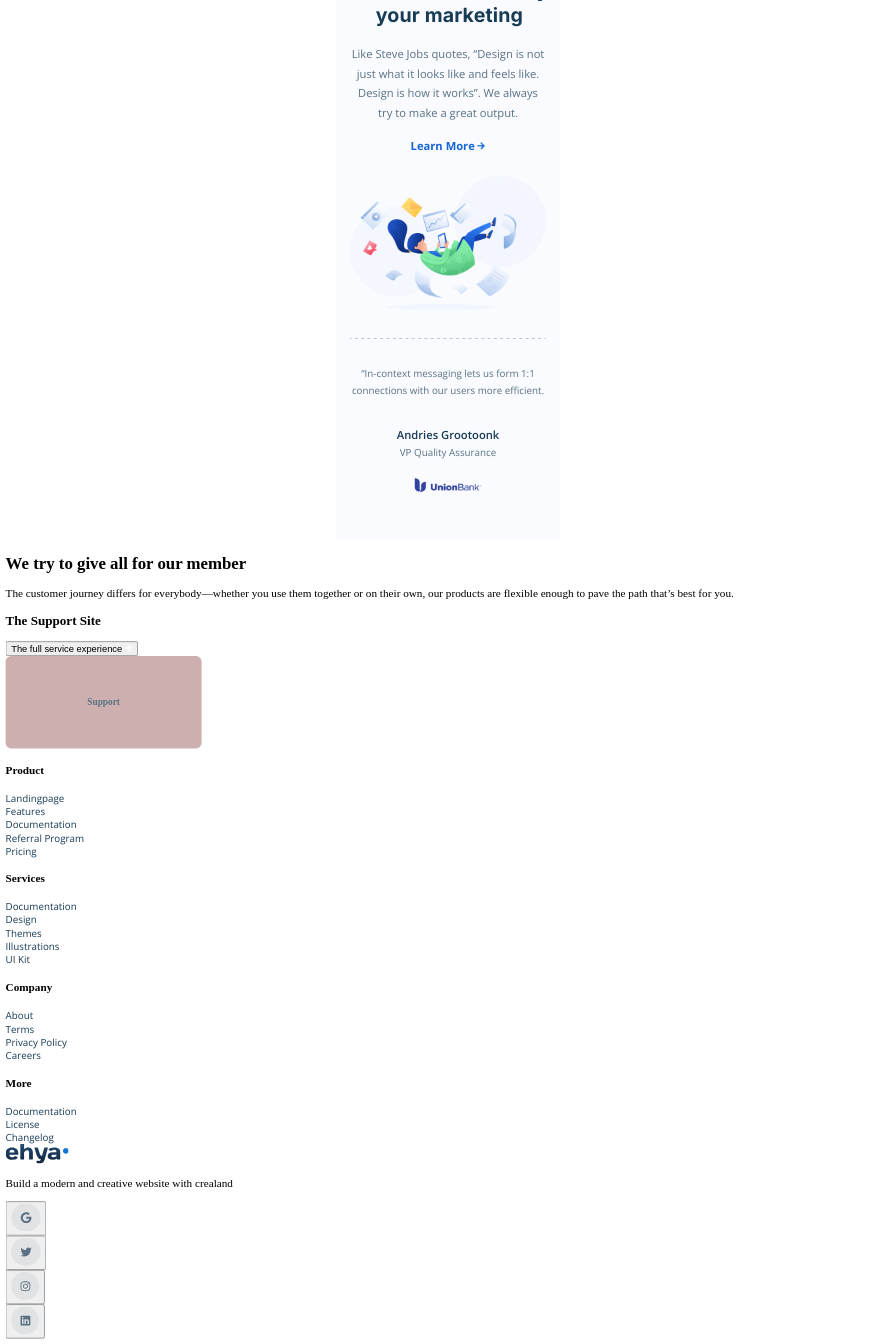
Repository: umlaufissss/provaFront
Page: HTML/index.html
The author's editor kept a copy of each file at every save. The page is drawn from the files as they stood at one save, then again after the next save.
The browser window is 1280 px wide. The pictures show the part of the page from y = 1743 to 3663 px (the page is 3663 px tall), at 70% of full size.
Some web fonts or font styles are not loaded; a fallback is used.

Above is the page before, as saved 2026-06-22 19:36:01.

After the next save:
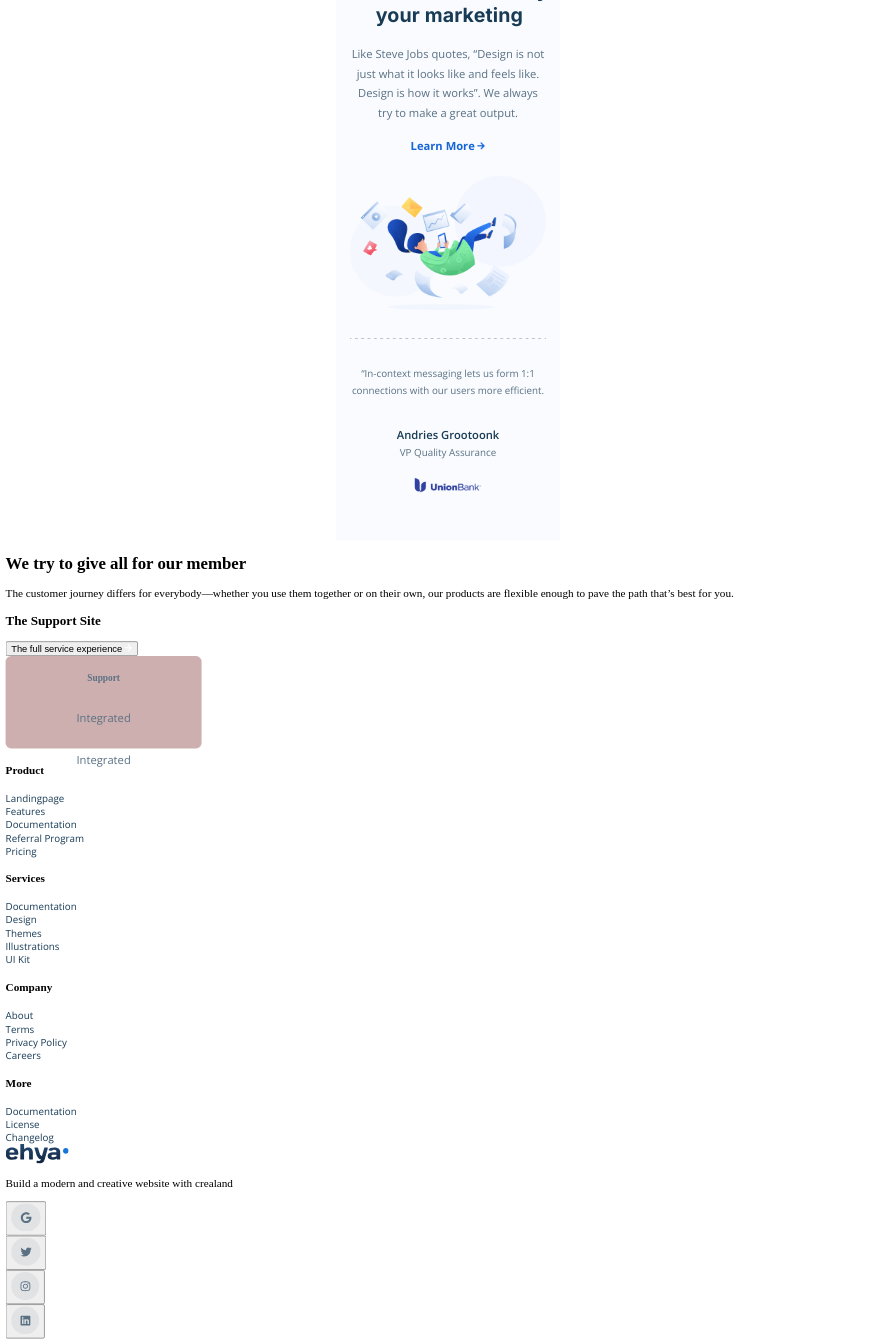
Saved 2 s later.
--- a/HTML/index.html
+++ b/HTML/index.html
@@ -163,6 +163,8 @@
             <section class="supportOptions">
                 <article class="card">
                     <h5>Support</h5>
+                    <p>Integrated</p>
+                    <p>Integrated</p>
                 </article>
                 <article></article>
                 <article></article>
